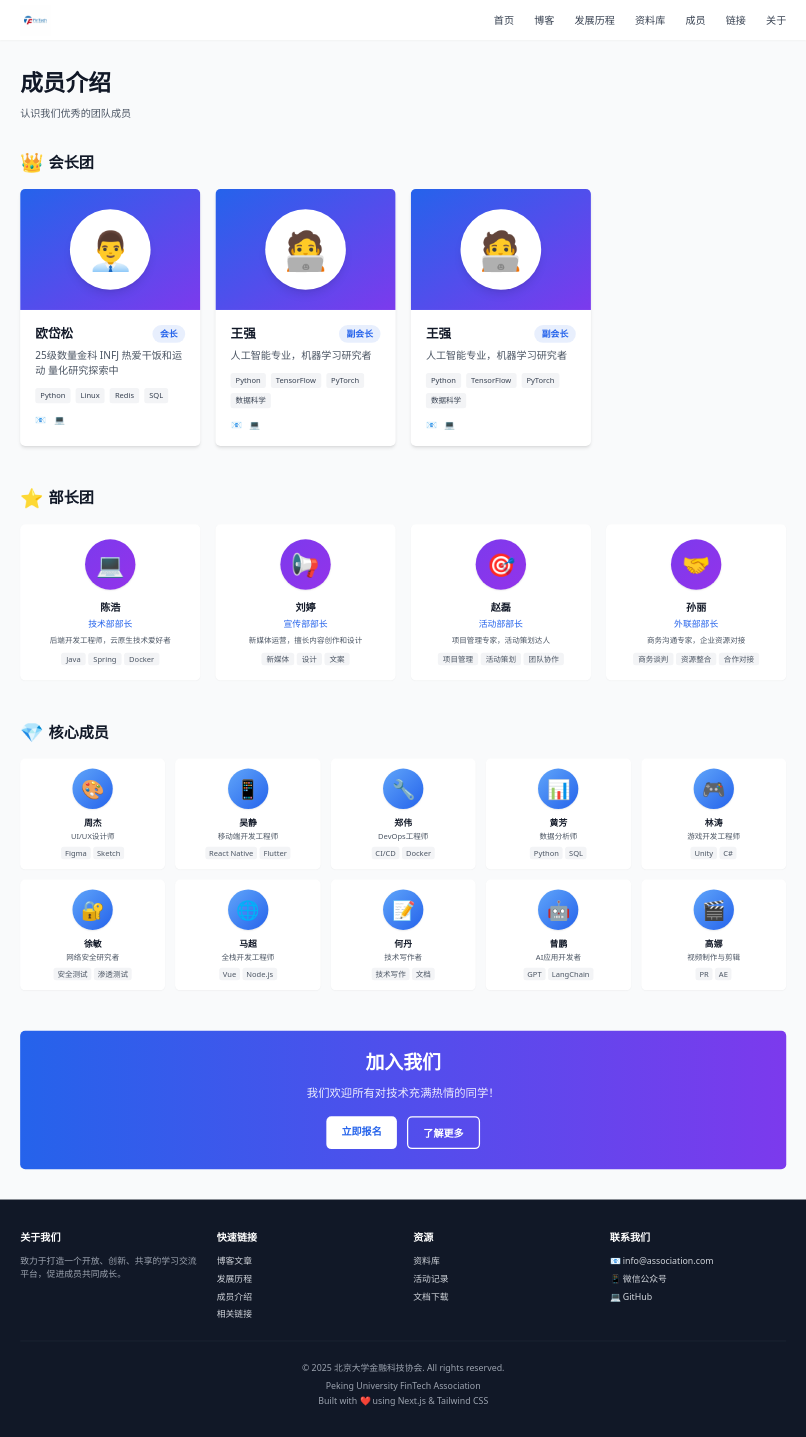
Repository: odsbaron/association-website
Page: /members
An editor plug-in stored every save of this project. The page is shown before and after the next save, followed by the edit.
The browser window is 1280 px wide. The pictures show the whole page, at 63% of full size.
The project was rebuilt for these pictures with package versions that can differ from the ones it lists, and the page was loaded fresh each time. The framework's server and built-in components were replaced by stand-ins that run in the browser. Also part of the build but not shown: next.config.js.

Above is the page before, as saved 2025-12-06 12:11:02.

### app/layout.tsx
import type { Metadata } from "next";
import "./globals.css";
import Header from "@/components/layout/Header";
import Footer from "@/components/layout/Footer";

export const metadata: Metadata = {
  title: "协会官方网站",
  description: "展示协会发展历程、活动资料和成员信息的官方平台",
};

export default function RootLayout({
  children,
}: Readonly<{
  children: React.ReactNode;
}>) {
  return (
    <html lang="zh-CN">
      <body className="min-h-screen flex flex-col">
        <Header />
        <main className="flex-1">
          {children}
        </main>
        <Footer />
      </body>
    </html>
  );
}

### app/members/page.tsx
import { getMembers } from "@/lib/members";
import Image from "next/image";

export default function MembersPage() {
  const members = getMembers();

  // 判断是否为图片URL
  const isImageUrl = (avatar: string) => {
    return avatar.startsWith('http') || avatar.startsWith('/') || avatar.endsWith('.png') || avatar.endsWith('.jpg') || avatar.endsWith('.jpeg') || avatar.endsWith('.gif');
  };

  return (
    <div className="max-w-7xl mx-auto px-4 sm:px-6 lg:px-8 py-12">
      <div className="mb-12">
        <h1 className="text-4xl font-bold mb-4">成员介绍</h1>
        <p className="text-gray-600">认识我们优秀的团队成员</p>
      </div>

      {/* 会长团 */}
      <section className="mb-16">
        <h2 className="text-2xl font-bold mb-6 flex items-center gap-2">
          <span className="text-3xl">👑</span>
          会长团
        </h2>
        <div className="grid md:grid-cols-4 gap-6">
          {members
            .filter((m) => m.role === "会长" || m.role === "副会长")
            .map((member) => (
              <div
                key={member.name}
                className="bg-white rounded-lg shadow-md overflow-hidden hover:shadow-xl transition-shadow"
              >
                <div className="h-48 bg-gradient-to-br from-primary to-secondary flex items-center justify-center">
                  <div className="w-32 h-32 bg-white rounded-full flex items-center justify-center text-6xl shadow-lg overflow-hidden">
                    {isImageUrl(member.avatar) ? (
                      <Image
                        src={member.avatar}
                        alt={member.name}
                        width={128}
                        height={128}
                        className="w-full h-full object-cover"
                      />
                    ) : (
                      member.avatar
                    )}
                  </div>
                </div>
                <div className="p-6">
                  <div className="flex items-center justify-between mb-2">
                    <h3 className="text-xl font-bold">{member.name}</h3>
                    <span className="px-3 py-1 bg-primary/10 text-primary text-sm font-semibold rounded-full">
                      {member.role}
                    </span>
                  </div>
                  <p className="text-gray-600 mb-4">{member.bio}</p>
                  <div className="flex flex-wrap gap-2 mb-4">
                    {member.skills.map((skill) => (
                      <span
                        key={skill}
                        className="px-2 py-1 bg-gray-100 text-gray-700 text-xs rounded"
                      >
                        {skill}
                      </span>
                    ))}
                  </div>
                  {member.contact && (
                    <div className="flex gap-3 text-sm text-gray-500">
                      {member.contact.email && (
                        <a
                          href={`mailto:${member.contact.email}`}
                          className="hover:text-primary"
                        >
                          📧
                        </a>
                      )}
                      {member.contact.github && (
                        <a
                          href={member.contact.github}
                          target="_blank"
                          rel="noopener noreferrer"
                          className="hover:text-primary"
                        >
                          💻
                        </a>
                      )}
                    </div>
                  )}
                </div>
              </div>
            ))}
        </div>
      </section>

      {/* 部长团 */}
      <section className="mb-16">
        <h2 className="text-2xl font-bold mb-6 flex items-center gap-2">
          <span className="text-3xl">⭐</span>
          部长团
        </h2>
        <div className="grid md:grid-cols-4 gap-6">
          {members
            .filter((m) => m.role.includes("部长"))
            .map((member) => (
              <div
                key={member.name}
                className="bg-white rounded-lg shadow-sm p-6 hover:shadow-md transition-shadow text-center"
              >
                <div className="w-20 h-20 bg-gradient-to-br from-secondary to-purple-600 rounded-full flex items-center justify-center text-4xl mx-auto mb-4 shadow overflow-hidden">
                  {isImageUrl(member.avatar) ? (
                    <Image
                      src={member.avatar}
                      alt={member.name}
                      width={80}
                      height={80}
                      className="w-full h-full object-cover"
                    />
                  ) : (
                    member.avatar
                  )}
                </div>
                <h3 className="font-bold mb-1">{member.name}</h3>
                <p className="text-sm text-primary mb-2">{member.role}</p>
                <p className="text-xs text-gray-600 mb-3">{member.bio}</p>
                <div className="flex flex-wrap gap-1 justify-center">
                  {member.skills.slice(0, 3).map((skill) => (
                    <span
                      key={skill}
                      className="px-2 py-0.5 bg-gray-100 text-gray-600 text-xs rounded"
                    >
                      {skill}
                    </span>
                  ))}
                </div>
              </div>
            ))}
        </div>
      </section>

      {/* 核心成员 */}
      <section>
        <h2 className="text-2xl font-bold mb-6 flex items-center gap-2">
          <span className="text-3xl">💎</span>
          核心成员
        </h2>
        <div className="grid md:grid-cols-5 gap-4">
          {members
            .filter((m) => m.role === "核心成员")
            .map((member) => (
              <div
                key={member.name}
                className="bg-white rounded-lg shadow-sm p-4 hover:shadow-md transition-shadow text-center"
              >
                <div className="w-16 h-16 bg-gradient-to-br from-blue-400 to-blue-600 rounded-full flex items-center justify-center text-3xl mx-auto mb-3 shadow overflow-hidden">
                  {isImageUrl(member.avatar) ? (
                    <Image
                      src={member.avatar}
                      alt={member.name}
                      width={64}
                      height={64}
                      className="w-full h-full object-cover"
                    />
                  ) : (
                    member.avatar
                  )}
                </div>
                <h3 className="font-semibold text-sm mb-1">{member.name}</h3>
                <p className="text-xs text-gray-600 mb-2 line-clamp-2">
                  {member.bio}
                </p>
                <div className="flex flex-wrap gap-1 justify-center">
                  {member.skills.slice(0, 2).map((skill) => (
                    <span
                      key={skill}
                      className="px-1.5 py-0.5 bg-gray-100 text-gray-600 text-xs rounded"
                    >
                      {skill}
                    </span>
                  ))}
                </div>
              </div>
            ))}
        </div>
      </section>

      {/* 加入我们 */}
      <section className="mt-16 bg-gradient-to-r from-primary to-secondary text-white rounded-lg p-8 text-center">
        <h2 className="text-3xl font-bold mb-4">加入我们</h2>
        <p className="text-lg mb-6 opacity-90">
          我们欢迎所有对技术充满热情的同学！
        </p>
        <div className="flex gap-4 justify-center">
          <a
            href="mailto:info@association.com"
            className="bg-white text-primary px-6 py-3 rounded-lg font-semibold hover:bg-gray-100 transition-colors"
          >
            立即报名
          </a>
          <a
            href="/about"
            className="bg-transparent border-2 border-white px-6 py-3 rounded-lg font-semibold hover:bg-white hover:text-primary transition-colors"
          >
            了解更多
          </a>
        </div>
      </section>
    </div>
  );
}

### app/globals.css
@tailwind base;
@tailwind components;
@tailwind utilities;

:root {
  --primary: 37 99 235;
  --secondary: 124 58 237;
  --accent: 245 158 11;
}

body {
  @apply bg-gray-50 text-gray-900;
}

/* 文章内容样式 */
.prose {
  @apply max-w-none;
}

.prose h1 {
  @apply text-3xl font-bold mt-8 mb-4 text-gray-900;
}

.prose h2 {
  @apply text-2xl font-bold mt-6 mb-3 text-gray-800;
}

.prose h3 {
  @apply text-xl font-semibold mt-4 mb-2 text-gray-700;
}

.prose p {
  @apply mb-4 leading-7 text-gray-700;
}

.prose a {
  @apply text-primary underline hover:text-primary-600 transition-colors;
}

.prose ul {
  @apply list-disc list-inside mb-4 space-y-2;
}

.prose ol {
  @apply list-decimal list-inside mb-4 space-y-2;
}

.prose code {
  @apply bg-gray-100 px-2 py-1 rounded text-sm font-mono;
}

.prose pre {
  @apply bg-gray-900 text-gray-100 p-4 rounded-lg overflow-x-auto mb-4;
}

.prose blockquote {
  @apply border-l-4 border-primary pl-4 italic my-4 text-gray-600;
}

.prose img {
  @apply rounded-lg my-6 shadow-md;
}

.prose table {
  @apply w-full border-collapse mb-4;
}

.prose th {
  @apply bg-gray-100 border border-gray-300 px-4 py-2 font-semibold;
}

.prose td {
  @apply border border-gray-300 px-4 py-2;
}

### components/layout/Header.tsx
"use client";

import Link from "next/link";
import Image from "next/image";
import { useState } from "react";

export default function Header() {
  const [mobileMenuOpen, setMobileMenuOpen] = useState(false);

  const navItems = [
    { name: "首页", href: "/" },
    { name: "博客", href: "/blog" },
    { name: "发展历程", href: "/timeline" },
    { name: "资料库", href: "/archives" },
    { name: "成员", href: "/members" },
    { name: "链接", href: "/links" },
    { name: "关于", href: "/about" },
  ];

  return (
    <header className="bg-white shadow-sm sticky top-0 z-50">
      <nav className="max-w-7xl mx-auto px-4 sm:px-6 lg:px-8">
        <div className="flex justify-between items-center h-16">
          {/* Logo */}
          <Link href="/" className="flex items-center space-x-3">
            <Image
              src="/logo.jpg"
              alt="北京大学金融科技协会"
              width={180}
              height={50}
              className="h-12 w-auto"
              priority
            />
          </Link>

          {/* Desktop Navigation */}
          <div className="hidden md:flex space-x-8">
            {navItems.map((item) => (
              <Link
                key={item.name}
                href={item.href}
                className="text-gray-700 hover:text-primary transition-colors font-medium"
              >
                {item.name}
              </Link>
            ))}
          </div>

          {/* Mobile menu button */}
          <button
            className="md:hidden p-2"
            onClick={() => setMobileMenuOpen(!mobileMenuOpen)}
          >
            <svg
              className="w-6 h-6"
              fill="none"
              stroke="currentColor"
              viewBox="0 0 24 24"
            >
              {mobileMenuOpen ? (
                <path
                  strokeLinecap="round"
                  strokeLinejoin="round"
                  strokeWidth={2}
                  d="M6 18L18 6M6 6l12 12"
                />
              ) : (
                <path
                  strokeLinecap="round"
                  strokeLinejoin="round"
                  strokeWidth={2}
                  d="M4 6h16M4 12h16M4 18h16"
                />
              )}
            </svg>
          </button>
        </div>

        {/* Mobile Navigation */}
        {mobileMenuOpen && (
          <div className="md:hidden py-4 border-t">
            {navItems.map((item) => (
              <Link
                key={item.name}
                href={item.href}
                className="block py-2 text-gray-700 hover:text-primary transition-colors font-medium"
                onClick={() => setMobileMenuOpen(false)}
              >
                {item.name}
              </Link>
            ))}
          </div>
        )}
      </nav>
    </header>
  );
}

### components/layout/Footer.tsx
import Link from "next/link";

export default function Footer() {
  const currentYear = new Date().getFullYear();

  return (
    <footer className="bg-gray-900 text-gray-300">
      <div className="max-w-7xl mx-auto px-4 sm:px-6 lg:px-8 py-12">
        <div className="grid md:grid-cols-4 gap-8">
          {/* About */}
          <div>
            <h3 className="text-white font-semibold mb-4">关于我们</h3>
            <p className="text-sm text-gray-400">
              致力于打造一个开放、创新、共享的学习交流平台，促进成员共同成长。
            </p>
          </div>

          {/* Quick Links */}
          <div>
            <h3 className="text-white font-semibold mb-4">快速链接</h3>
            <ul className="space-y-2 text-sm">
              <li>
                <Link href="/blog" className="hover:text-white transition-colors">
                  博客文章
                </Link>
              </li>
              <li>
                <Link href="/timeline" className="hover:text-white transition-colors">
                  发展历程
                </Link>
              </li>
              <li>
                <Link href="/members" className="hover:text-white transition-colors">
                  成员介绍
                </Link>
              </li>
              <li>
                <Link href="/links" className="hover:text-white transition-colors">
                  相关链接
                </Link>
              </li>
            </ul>
          </div>

          {/* Resources */}
          <div>
            <h3 className="text-white font-semibold mb-4">资源</h3>
            <ul className="space-y-2 text-sm">
              <li>
                <Link href="/archives" className="hover:text-white transition-colors">
                  资料库
                </Link>
              </li>
              <li>
                <a href="#" className="hover:text-white transition-colors">
                  活动记录
                </a>
              </li>
              <li>
                <a href="#" className="hover:text-white transition-colors">
                  文档下载
                </a>
              </li>
            </ul>
          </div>

          {/* Contact */}
          <div>
            <h3 className="text-white font-semibold mb-4">联系我们</h3>
            <ul className="space-y-2 text-sm">
              <li>
                <a href="mailto:info@association.com" className="hover:text-white transition-colors">
                  📧 info@association.com
                </a>
              </li>
              <li>
                <a href="#" className="hover:text-white transition-colors">
                  📱 微信公众号
                </a>
              </li>
              <li>
                <a href="https://github.com" className="hover:text-white transition-colors">
                  💻 GitHub
                </a>
              </li>
            </ul>
          </div>
        </div>

        <div className="border-t border-gray-800 mt-8 pt-8 text-sm text-center text-gray-400">
          <p>© {currentYear} 北京大学金融科技协会. All rights reserved.</p>
          <p className="mt-2">
            Peking University FinTech Association
          </p>
          <p className="mt-1">
            Built with ❤️ using Next.js & Tailwind CSS
          </p>
        </div>
      </div>
    </footer>
  );
}

### lib/members.ts
export interface Member {
  name: string;
  role: string;
  avatar: string; // emoji
  bio: string;
  skills: string[];
  contact?: {
    email?: string;
    github?: string;
    wechat?: string;
  };
}

export function getMembers(): Member[] {
  return [
    // 会长团
    {
      name: "欧岱松",
      role: "会长",
      avatar: "👨‍💼",
      bio: "25级数量金科  INFJ 热爱干饭和运动  量化研究探索中",
      skills: ["Python", "Linux","Redis","SQL"],
      contact: {
        email: "dsou25@stu.pku.edu.cn",
        github: "https://github.com/zhangxiaoming",
      },
    },
    {
      name: "欧阳宏禹",
      role: "学术副会",
      avatar: "👩‍💼",
      bio: "软件工程专业，前端开发专家，UX设计师",
      skills: ["React", "Vue", "UI/UX", "TypeScript"],
      contact: {
        email: "limei@example.com",
        github: "https://github.com/limei",
      },
    },
    {
      name: "王强",
      role: "副会长",
      avatar: "🧑‍💻",
      bio: "人工智能专业，机器学习研究者",
      skills: ["Python", "TensorFlow", "PyTorch", "数据科学"],
      contact: {
        email: "wangqiang@example.com",
        github: "https://github.com/wangqiang",
      },
    },
    {
      name: "王强",
      role: "副会长",
      avatar: "🧑‍💻",
      bio: "人工智能专业，机器学习研究者",
      skills: ["Python", "TensorFlow", "PyTorch", "数据科学"],
      contact: {
        email: "wangqiang@example.com",
        github: "https://github.com/wangqiang",
      },
    },


    // 部长团
    {
      name: "陈浩",
      role: "技术部部长",
      avatar: "💻",
      bio: "后端开发工程师，云原生技术爱好者",
      skills: ["Java", "Spring", "Docker", "K8s"],
      contact: {
        github: "https://github.com/chenhao",
      },
    },
    {
      name: "刘婷",
      role: "宣传部部长",
      avatar: "📢",
      bio: "新媒体运营，擅长内容创作和设计",
      skills: ["新媒体", "设计", "文案", "运营"],
    },
    {
      name: "赵磊",
      role: "活动部部长",
      avatar: "🎯",
      bio: "项目管理专家，活动策划达人",
      skills: ["项目管理", "活动策划", "团队协作"],
    },
    {
      name: "孙丽",
      role: "外联部部长",
      avatar: "🤝",
      bio: "商务沟通专家，企业资源对接",
      skills: ["商务谈判", "资源整合", "合作对接"],
    },

    // 核心成员
    {
      name: "周杰",
      role: "核心成员",
      avatar: "🎨",
      bio: "UI/UX设计师",
      skills: ["Figma", "Sketch", "UI设计"],
    },
    {
      name: "吴静",
      role: "核心成员",
      avatar: "📱",
      bio: "移动端开发工程师",
      skills: ["React Native", "Flutter", "iOS"],
    },
    {
      name: "郑伟",
      role: "核心成员",
      avatar: "🔧",
      bio: "DevOps工程师",
      skills: ["CI/CD", "Docker", "Linux"],
    },
    {
      name: "黄芳",
      role: "核心成员",
      avatar: "📊",
      bio: "数据分析师",
      skills: ["Python", "SQL", "数据可视化"],
    },
    {
      name: "林涛",
      role: "核心成员",
      avatar: "🎮",
      bio: "游戏开发工程师",
      skills: ["Unity", "C#", "游戏设计"],
    },
    {
      name: "徐敏",
      role: "核心成员",
      avatar: "🔐",
      bio: "网络安全研究者",
      skills: ["安全测试", "渗透测试", "CTF"],
    },
    {
      name: "马超",
      role: "核心成员",
      avatar: "🌐",
      bio: "全栈开发工程师",
      skills: ["Vue", "Node.js", "MongoDB"],
    },
    {
      name: "何丹",
      role: "核心成员",
      avatar: "📝",
      bio: "技术写作者",
      skills: ["技术写作", "文档", "教程"],
    },
    {
      name: "曾鹏",
      role: "核心成员",
      avatar: "🤖",
      bio: "AI应用开发者",
      skills: ["GPT", "LangChain", "AI应用"],
    },
    {
      name: "高娜",
      role: "核心成员",
      avatar: "🎬",
      bio: "视频制作与剪辑",
      skills: ["PR", "AE", "视频制作"],
    },
  ];
}

### tailwind.config.ts
import type { Config } from "tailwindcss";

const config: Config = {
  content: [
    "./pages/**/*.{js,ts,jsx,tsx,mdx}",
    "./components/**/*.{js,ts,jsx,tsx,mdx}",
    "./app/**/*.{js,ts,jsx,tsx,mdx}",
  ],
  theme: {
    extend: {
      colors: {
        primary: {
          DEFAULT: '#2563eb',
          50: '#eff6ff',
          100: '#dbeafe',
          200: '#bfdbfe',
          300: '#93c5fd',
          400: '#60a5fa',
          500: '#3b82f6',
          600: '#2563eb',
          700: '#1d4ed8',
          800: '#1e40af',
          900: '#1e3a8a',
        },
        secondary: {
          DEFAULT: '#7c3aed',
          500: '#7c3aed',
          600: '#6d28d9',
        },
      },
    },
  },
  plugins: [],
};

export default config;

After the next save:
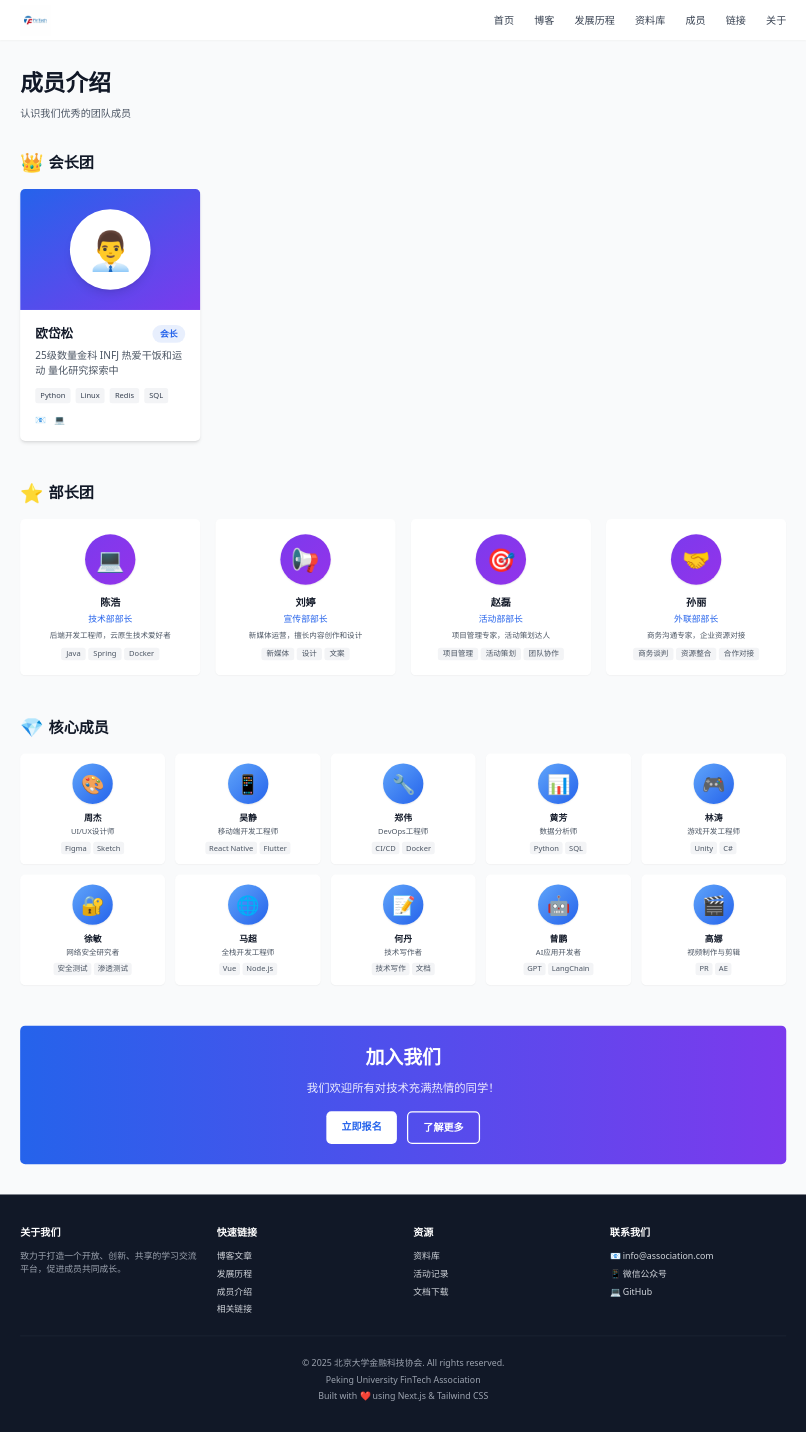
Saved 3 min 11 s later.
--- a/lib/members.ts
+++ b/lib/members.ts
@@ -22,23 +22,23 @@ export function getMembers(): Member[] {
       skills: ["Python", "Linux","Redis","SQL"],
       contact: {
         email: "dsou25@stu.pku.edu.cn",
-        github: "https://github.com/zhangxiaoming",
+        github: "https://github.com/odsbaron",
       },
     },
     {
       name: "欧阳宏禹",
       role: "学术副会",
       avatar: "👩‍💼",
-      bio: "软件工程专业，前端开发专家，UX设计师",
+      bio: "25级数量金科 主要研究方向是股票多因子和深度学习模型",
       skills: ["React", "Vue", "UI/UX", "TypeScript"],
       contact: {
-        email: "limei@example.com",
+        email: "dsou25@stu.pku.edu.cn",
         github: "https://github.com/limei",
       },
     },
     {
-      name: "王强",
-      role: "副会长",
+      name: "郭禹宏",
+      role: "内外联副会",
       avatar: "🧑‍💻",
       bio: "人工智能专业，机器学习研究者",
       skills: ["Python", "TensorFlow", "PyTorch", "数据科学"],
@@ -48,8 +48,8 @@ export function getMembers(): Member[] {
       },
     },
     {
-      name: "王强",
-      role: "副会长",
+      name: "王一茗",
+      role: "宣传副会",
       avatar: "🧑‍💻",
       bio: "人工智能专业，机器学习研究者",
       skills: ["Python", "TensorFlow", "PyTorch", "数据科学"],
